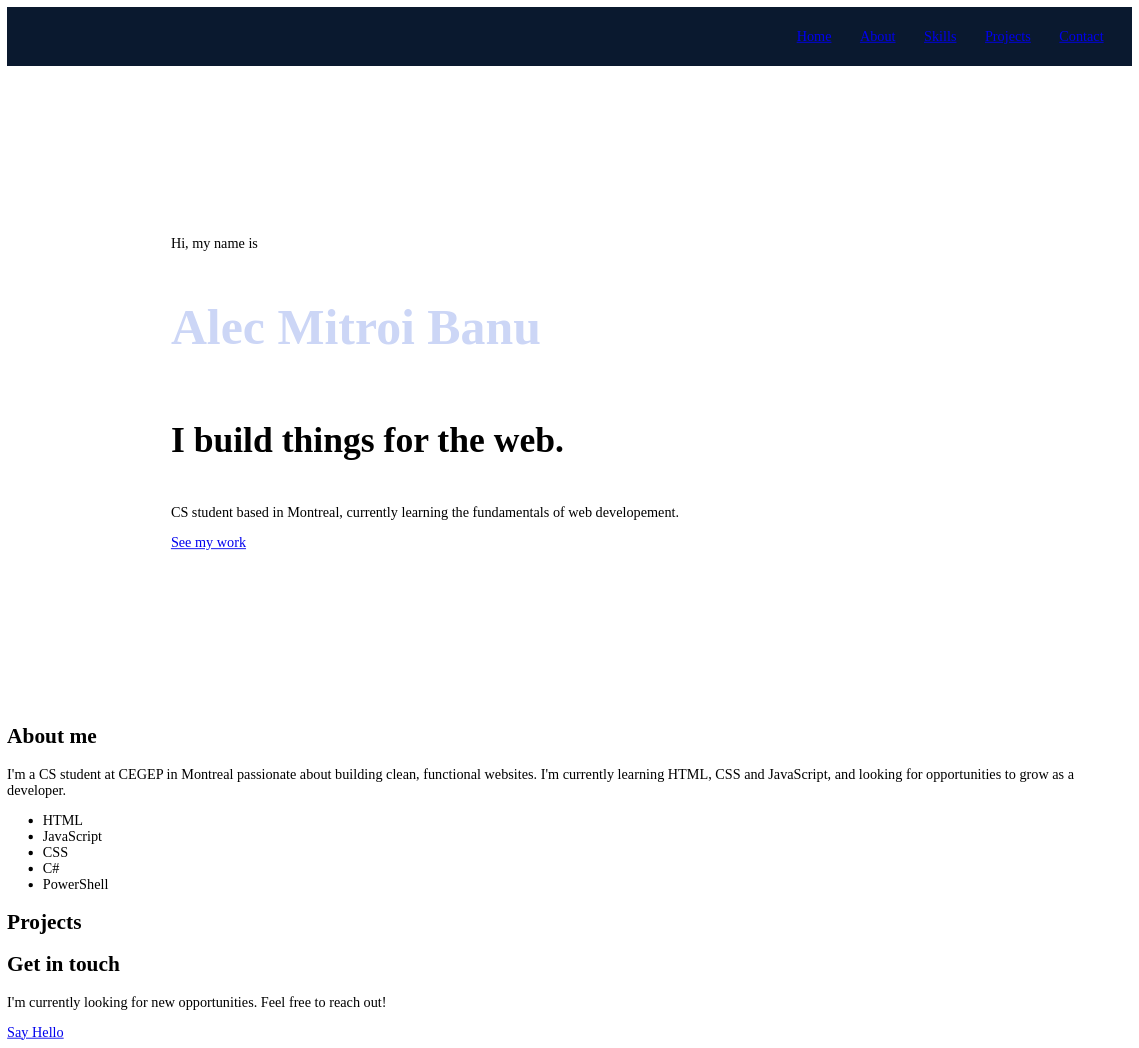
Repository: Alec-Banu/Alec-Banu
Page: index.html
These files come from the project's save history. The page is drawn as it stood at one moment and after the next save; the edit follows.
The browser window is 1280 px wide. The pictures show the whole page, at 89% of full size.

Above is the page before, as saved 2026-04-22 13:29:25.

### index.html
<!doctype html>
<html lang="en">
  <head>
    <meta charset="UTF-8" />
    <meta name="viewport" content="width=device-width, initial-scale=1.0" />
    <title>Alec Mitroi Banu</title>
    <link rel="stylesheet" href="./styles/globals.css" />
    <link rel="stylesheet" href="./styles/index.css" />
  </head>
  <body>
    <!-- Nav  -->
    <nav>
      <a href="#hero">Home</a>
      <a href="#about">About</a>
      <a href="#skills">Skills</a>
      <a href="#projects">Projects</a>
      <a href="#contact">Contact</a>
    </nav>

    <!-- Hero  -->
    <hero id="hero">
      <p>Hi, my name is</p>
      <h1>Alec Mitroi Banu</h1>
      <h2>I build things for the web.</h2>
      <p>
        CS student based in Montreal, currently learning the fundamentals of web
        developement.
      </p>
      <a href="#projects">See my work</a>
    </hero>

    <!-- About  -->
    <about id="about">
      <h2>About me</h2>
      <p>
        I'm a CS student at CEGEP in Montreal passionate about building clean,
        functional websites. I'm currently learning HTML, CSS and JavaScript,
        and looking for opportunities to grow as a developer.
      </p>
    </about>

    <!-- Skills  -->
    <skills id="skills">
      <ul>
        <li>HTML</li>
        <li>JavaScript</li>
        <li>CSS</li>
        <li>C#</li>
        <li>PowerShell</li>
      </ul>
    </skills>

    <!-- Projects -->
    <projects id="projects">
      <h2>Projects</h2>
    </projects>

    <!-- Contact -->
    <contact id="contact">
      <h2>Get in touch</h2>
      <p>
        I'm currently looking for new opportunities. Feel free to reach out!
      </p>
      <a href="mailto:alecbanu@yahoo.com">Say Hello</a>
    </contact>
  </body>
</html>

### styles/index.css
nav {
  display: flex;
  gap: 2rem;
  padding: 1.5rem 2rem;
  justify-content: flex-end;
  position: sticky;
  top: 0;
  background-color: #0a192f;
}

#hero {
  min-height: 100vh;
  display: flex;
  flex-direction: column;
  justify-content: center;
  padding: 0 2rem;
  max-width: 56rem;
  margin: 0 auto;
}

#hero h1 {
  font-size: 2rem;
  color: #ccd6f6;
}

@media (min-width: 768px) {
  #hero h1 {
    font-size: 3.5rem;
  }
  #hero h2 {
    font-size: 2.5rem;
  }
}

Loaded but not shown: styles/globals.css (no stored copy; drawn as an empty file)

After the next save:
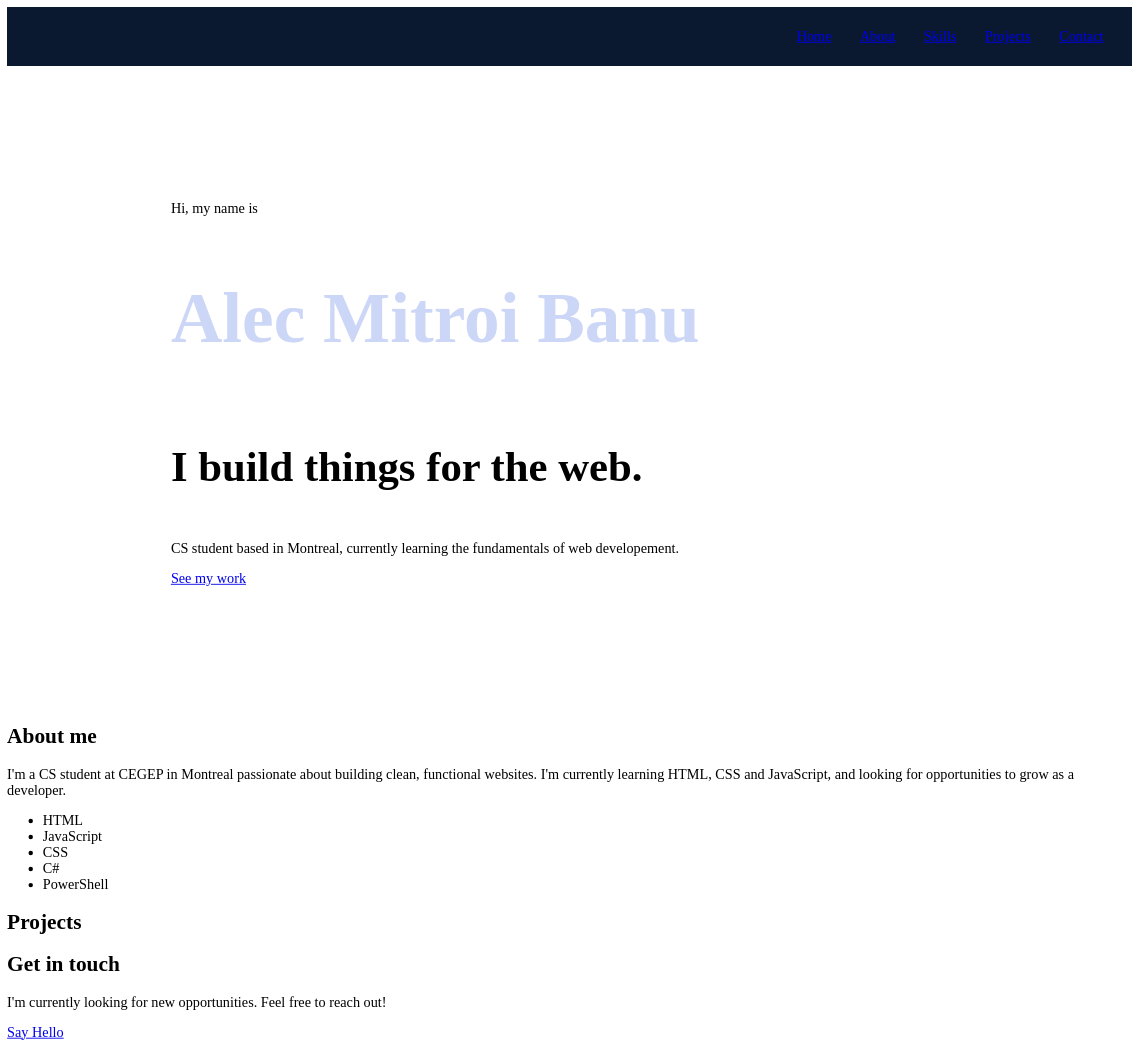
Saved 3 min 10 s later.
--- a/styles/index.css
+++ b/styles/index.css
@@ -23,6 +23,8 @@ nav {
   color: #ccd6f6;
 }
 
+/* Tablet */
+
 @media (min-width: 768px) {
   #hero h1 {
     font-size: 3.5rem;
@@ -31,3 +33,14 @@ nav {
     font-size: 2.5rem;
   }
 }
+
+/* Desktop */
+
+@media (min-width: 1024px) {
+  #hero h1 {
+    font-size: 5rem;
+  }
+  #hero h2 {
+    font-size: 3rem;
+  }
+}
